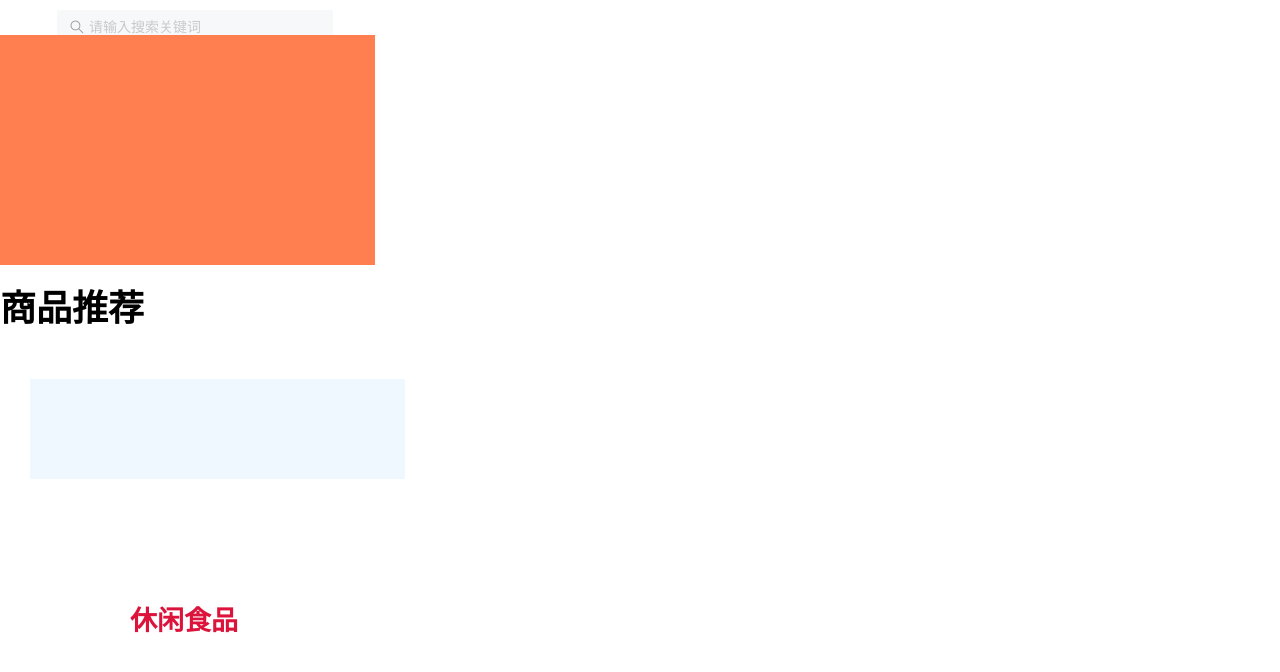
Repository: liyang777777/shangcheng
Page: /
The author's editor kept a copy of each file at every save. The page is drawn from the files as they stood at one save, then again after the next save.
The browser window is 1280 px wide. The pictures show the whole page.
The page's requests for data from a server got no answer. The project was rebuilt for these pictures with package versions that can differ from the ones it lists, and the page was loaded fresh each time. No one was signed in, and anything a server would have sent is missing. Also part of the build but not shown: vue.config.js. Imported but missing from the stored project, and not drawn on this page: src/views/About.

Above is the page before, as saved 2020-06-23 15:01:03.

After the next save:
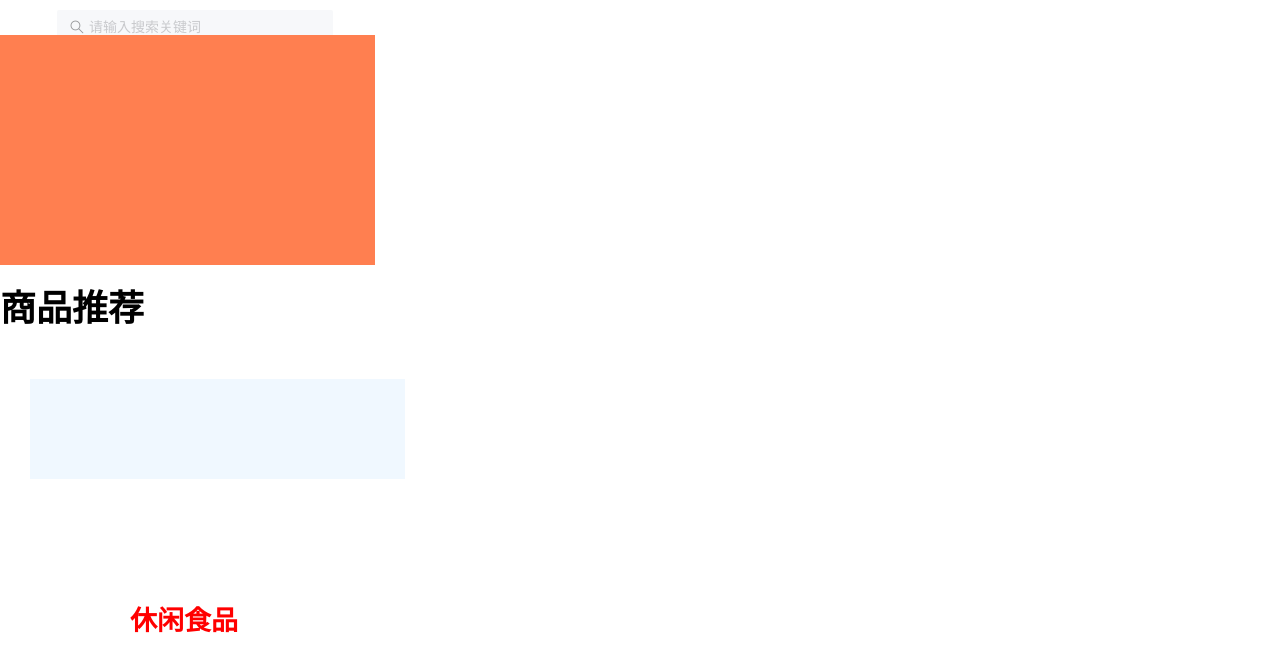
Saved 75 s later.
--- a/src/components/Prre.vue
+++ b/src/components/Prre.vue
@@ -75,6 +75,6 @@ export default {
   font-size: 18px;
   margin-top: 120px;
   margin-left: 130px;
-  color: crimson;
+  color: red;
 }
 </style>
